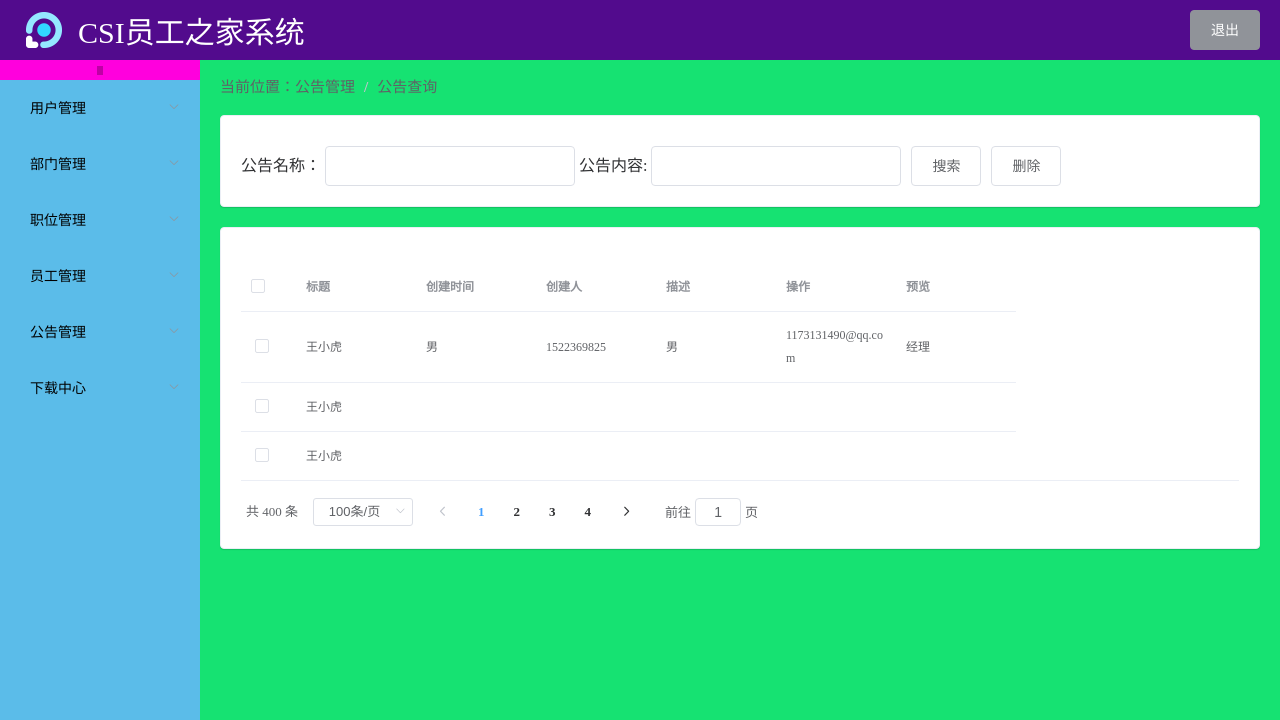
Repository: YUNjwyao/vue_hrm
Page: /#/document
An editor plug-in stored every save of this project. The page is shown before and after the next save, followed by the edit.
The browser window is 1280 px wide. The pictures show the whole page.
The project was rebuilt for these pictures with package versions that can differ from the ones it lists, and the page was loaded fresh each time. Also part of the build but not shown: src/components/Login.vue, src/components/Face/Face.vue, src/components/Employee/EmployeeQuery.vue, src/components/Employee/ShowAddEmployee.vue, src/components/Employee/ShowUpdateEmployee.vue, src/components/Notice/Notice.vue, src/components/Notice/ShowUpdateNotice.vue, src/components/Notice/ShowAddNotice.vue and 2 more.

Above is the page before, as saved 2020-10-16 10:59:41.

### src/main.js
import Vue from 'vue'
import App from './App.vue'
import router from './router'
import store from './store'
import './plugins/element.js'
import './assets/css/global.css'

// import axios from 'axios'
// // 配置请求的根路径
// axios.defaults.baseURL = 'http://127.0.0.1:8888/api/private/v1/'
// // 通过axios 请求拦截器添加token,保证拥有获取数据的权限
// axios.interceptors.request.use (config => {
//   //为请求头对象，添加Token验证的Authorization字段
//   config.headers.Authorization = window.sessionStorage.getItem('token')
//   return config
// })
// Vue.prototype.$http = axios

Vue.config.productionTip = false

new Vue({
  router,
  store,
  render: h => h(App)
}).$mount('#app')

### src/App.vue
<template>
  <div id="app">
     <!-- 路由占位符 -->
     <router-view></router-view>
  </div>
</template>

<script>

export default {

}
</script>

<style lang="less" scoped>

</style>

### src/router/index.js
import Vue from "vue";
import VueRouter from "vue-router";
import Login from "../components/Login.vue"
import Face from "../components/Face/Face.vue"
import Home from "../components/Home.vue"

import EmployeeQuery from "../components/Employee/EmployeeQuery.vue";
import ShowAddEmployee from "../components/Employee/ShowAddEmployee.vue";
import ShowUpdateEmployee from "../components/Employee/ShowUpdateEmployee.vue";
import Notice from "../components/Notice/Notice.vue";
import UpdateNotice from "../components/Notice/ShowUpdateNotice.vue";
import AddNotice from "../components/Notice/ShowAddNotice.vue";
import Document from "../components/Document/Document.vue";
import UpdateDocument from "../components/Document/ShowUpdateDocument.vue";
import AddDocument from "../components/Document/ShowAddDocument.vue";

Vue.use(VueRouter);

const routes = [
  { path: "/", redirect: "/login" },
  {
    path: '/login',component: Login
  },
  {
    path: '/home',
    component: Home,
    children: [
  {
    path: '/face',component: Face
  },
  {
    path: "/employee",
    component: EmployeeQuery,
  },
  {
    path: "/addEmployee",
    component: ShowAddEmployee,
  },
  {
    path: "/updateEmployee",
    component: ShowUpdateEmployee,
  },
  {
    path: "/notice",
    component: Notice,
  },
  {
    path: "/updateNotice",
    component: UpdateNotice,
  },
  {
    path: "/addNotice",
    component: AddNotice,
  },
  {
    path: "/document",
    component: Document,
  },
  {
    path: "/updateDocument",
    component: UpdateDocument,
  },
  {
    path: "/addDocument",
    component: AddDocument,
  }]
  }
];

const router = new VueRouter({
  routes,
});

export default router;

### src/plugins/element.js
import Vue from 'vue'
import {
    Button,
    Breadcrumb,
    BreadcrumbItem,
    Card,
    Select,
    Option,
    Input,
    Row,
    Table,
    TableColumn,
    Pagination,
    Form,
    FormItem,
    Container,
    Header,
    Aside,
    Menu,
    Submenu,
    MenuItem,
    Main
} from 'element-ui'


Vue.use(Button)
Vue.use(Breadcrumb)
Vue.use(BreadcrumbItem)
Vue.use(Card)
Vue.use(Select)
Vue.use(Option)
Vue.use(Input)
Vue.use(Row)
Vue.use(Table)
Vue.use(TableColumn)
Vue.use(Pagination)
Vue.use(Form)
Vue.use(FormItem)
Vue.use(Container)
Vue.use(Header)
Vue.use(Aside)
Vue.use(Menu)
Vue.use(Submenu)
Vue.use(MenuItem)
Vue.use(Main)

### src/assets/css/global.css
/* 全局样式表 */
html,
body,
#app {
    height: 100%;
    margin: 0;
    padding: 0;
}
.el-breadcrumb {
    margin-bottom: 15px;
    font-size: 15px;
}
.el-card {
    box-shadow: 0 1px 1px rgba(0, 0, 0, 0.15) !important;
}
.el-table {
    margin-bottom: 15px;
    font-size: 12px;
    margin-top: 15px;
}
.el-steps {
    margin: 15px 0;
}
.el-step__title {
    font-size: 13px;
}
.el-cascader-panel {
    height: 200px
}
.ql-editor {
    min-height: 300px;
 }

### src/components/Home.vue
<template>
 <!-- 整个页面区域 -->
  <el-container>
      <!-- 页面标题 -->
  <el-header>
      <div>
          <img src="../assets/images/icon.png" alt="">
          <span>CSI员工之家系统</span>
      </div>
      <el-button type="info" @click="logout">退出</el-button>
  </el-header>
  <!-- 页面主体部分 -->
  <el-container>
    <el-aside :width="isCollapse? '64px' : '200px'">
        <div class="collapse" @click="toggleCollapse">|||</div>
        <!-- 侧边栏菜单区域 -->
       <el-menu
      background-color="rgb(91, 188, 233)"
      text-color="#000"
      active-text-color="#409bff"
      :unique-opened="true"
      :collapse="isCollapse"
      :collapse-transition="false"
      router
      :default-active="activePath">
      <!-- 一级菜单 -->
      <el-submenu :index="item.id+''" v-for="item in menulist" :key="item.id">
          <!-- 一级菜单模板区域 -->
        <template slot="title">
            <!-- 图标 -->
          <i :class="iconsObj[item.id]"></i>
             <!-- 文本 -->
          <span>{{ item.authName }}</span>
        </template>
        <!-- 二级菜单 -->
        <el-menu-item
        :index="'/'+subItem.path"
        v-for="subItem in item.children"
        :key='subItem.id'
        @click="savNavState('/'+subItem.path)">
            <template slot="title">
            <!-- 图标 -->
          <i class="el-icon-menu"></i>
             <!-- 文本 -->
          <span>{{ subItem.authName }}</span>
        </template>
        </el-menu-item>
      </el-submenu>
    </el-menu>
    </el-aside>
    <el-main>
        <router-view></router-view>
    </el-main>
  </el-container>
</el-container>

</template>

<script>
export default {
    data () {
        return {
            // 左侧菜单数据
            menulist: [
                {
            "id": 101,
            "authName": "用户管理",
            "path": '/home',
            "children": [
                {
                    "id": 104,
                    "authName": "用户查询",
                    "path": '',
                    "children": []
                },
                {
                    "id": 104,
                    "authName": "添加用户",
                    "path": '',
                    "children": []
                }
            ]
        },
         {
            "id": 101,
            "authName": "部门管理",
            "path": null,
            "children": [
                {
                    "id": 104,
                    "authName": "部门查询",
                    "path": null,
                    "children": []
                },
                {
                    "id": 104,
                    "authName": "添加部门",
                    "path": null,
                    "children": []
                }
            ]
        },
         {
            "id": 101,
            "authName": "职位管理",
            "path": null,
            "children": [
                {
                    "id": 104,
                    "authName": "职位查询",
                    "path": null,
                    "children": []
                },
                {
                    "id": 104,
                    "authName": "添加职位",
                    "path": null,
                    "children": []
                }
            ]
         },
          {
            "id": 101,
            "authName": "员工管理",
            "path": '/home',
            "children": [
                {
                    "id": 104,
                    "authName": "员工查询",
                    "path": 'employee',
                    "children": []
                },
                {
                    "id": 104,
                    "authName": "添加员工",
                    "path": 'addEmployee',
                    "children": []
                }
            ]
        },
         {
            "id": 101,
            "authName": "公告管理",
            "path": '/home',
            "children": [
                {
                    "id": 104,
                    "authName": "公告查询",
                    "path": 'notice',
                    "children": []
                },
                {
                    "id": 104,
                    "authName": "添加公告",
                    "path": 'addNotice',
                    "children": []
                }
            ]
        },
         {
            "id": 101,
            "authName": "下载中心",
            "path": '/home',
            "children": [
                {
                    "id": 104,
                    "authName": "文档查询",
                    "path": 'document',
                    "children": []
                },
                {
                    "id": 104,
                    "authName": "上传文档",
                    "path": 'addDocument',
                    "children": []
                }
            ]
        }
            ],
            // 自定义字体图标
            iconsObj: {
                '125': 'iconfont icon-user',
                '103': 'iconfont icon-tijikongjian',
                '101': 'iconfont icon-shangpin',
                '102': 'iconfont icon-danju',
                '145': 'iconfont baobiao'
            },
            // 是否折叠
            isCollapse: false,
            // 被激活的链接
            activePath: ''
        }
    },
    created () {
       this.getMenuList();
       this.activePath = window.sessionStorage.getItem('activePath');
    },
    methods: {
        // 自定义方法
        logout () {
            // 清空token
            window.sessionStorage.clear();
            // 编程式导航重定向
            this.$router.push('/login');
        },
       // 点击按钮折叠菜单栏
       toggleCollapse () {
         this.isCollapse = ! this.isCollapse;
       },
       //保存导航链接的激活状态
       savNavState (activePath) {
          window.sessionStorage.setItem('activePath',activePath);
          this.activePath = activePath;
       }
    }
}
</script>

<style lang="less" scoped>
.el-container {
    height: 100%;
}
.el-header {
    background-color: rgb(82, 11, 141);
    display: flex;
    justify-content: space-between;
    align-items: center;
    > div {
        display: flex;
        align-items: center;
        color: #fff;
        font-size: 30px;
        span {
            padding-left: 10px;
        }
    }
}
.el-aside {
    background-color: rgb(91, 188, 233);
    .el-menu {
        border-right: 0;
    }
}
.el-main {
    background-color: rgb(22, 226, 114);
}
.iconfont {
    margin-right: 10px;
}
.collapse {
    height: 20px;
    background-color: rgb(255, 0, 221);
    text-align: center;
    line-height: 20px;
    font-size: 10px;
}
</style>

### src/components/Document/Document.vue
<template>
  <div class="employee">
    <!-- 面包屑导航 -->
    <el-breadcrumb separator="/">
      <el-breadcrumb-item>当前位置：公告管理</el-breadcrumb-item>
      <el-breadcrumb-item><a href="/">公告查询</a></el-breadcrumb-item>
    </el-breadcrumb>
    <!-- 查询输入框 -->
    <el-card>

      <el-row>
        公告名称：
		<el-input></el-input>
		公告内容:
		<el-input></el-input>
        <el-button>搜索</el-button>
        <el-button>删除</el-button>
      </el-row>
    </el-card>
    <!-- Table表格 -->
    <el-card>
      <el-table
        ref="multipleTable"
        :data="tableData"
        tooltip-effect="dark"
        style="width: 100%"
        @selection-change="handleSelectionChange"
      >
        <el-table-column type="selection" width="55"> </el-table-column>
        <el-table-column prop="name" label="标题" width="120">
          <template slot-scope="scope">{{ scope.row.name }}</template>
        </el-table-column>
        <el-table-column prop="sex" label="创建时间" width="120"> </el-table-column>
        <el-table-column prop="phone" label="创建人" width="120">
        </el-table-column>
        <el-table-column prop="sex" label="描述" width="120"> </el-table-column>
        <el-table-column prop="email" label="操作" width="120">
        </el-table-column>
        <el-table-column prop="job" label="预览" width="120"> </el-table-column>
      </el-table>
      <!-- 分页 -->
      <el-pagination
        @size-change="handleSizeChange"
        @current-change="handleCurrentChange"
        :current-page="currentPage4"
        :page-sizes="[100, 200, 300, 400]"
        :page-size="100"
        layout="total, sizes, prev, pager, next, jumper"
        :total="400"
      >
      </el-pagination>
    </el-card>
  </div>
</template>

<script>
export default {
  data() {
    return {
      options: [
        {
          value: "选项1",
          label: "经理",
        },
        {
          value: "选项2",
          label: "职员",
        },
      ],
      optionsSex: [
        {
          value: "选项1",
          label: "男",
        },
        {
          value: "选项2",
          label: "女",
        },
      ],
      optionsDoor: [
        {
          value: "选项1",
          label: "技术部",
        },
        {
          value: "选项2",
          label: "运营部",
        },
      ],
      tableData: [
        {
          name: "王小虎",
          sex: "男",
          phone: "1522369825",
          email: "1173131490@qq.com",
          job: "经理",
          education: "本科",
          IdNumber: "500213213123",
          door: "技术部",
          address: "上海市普陀区金沙江路 1518 弄",
          date: "2016-12-03",
        },
        {
          date: "2016-05-02",
          name: "王小虎",
          address: "上海市普陀区金沙江路 1518 弄",
        },
        {
          date: "2016-05-04",
          name: "王小虎",
          address: "上海市普陀区金沙江路 1518 弄",
        },
      ],
      multipleSelection: [],
    };
  },
  methods: {
    toggleSelection(rows) {
      if (rows) {
        rows.forEach((row) => {
          this.$refs.multipleTable.toggleRowSelection(row);
        });
      } else {
        this.$refs.multipleTable.clearSelection();
      }
    },
    handleSelectionChange(val) {
      this.multipleSelection = val;
    },
  },
};
</script>

<style lang="less" scoped>
.el-card {
  margin-top: 20px;
}
.el-input {
  width: 250px;
}
.el-row {
  margin-top: 10px;
}
.el-button {
  margin-left: 10px;
}
</style>

Loaded but not shown: public/index.html (common file); src/store/index.js (common file)

After the next save:
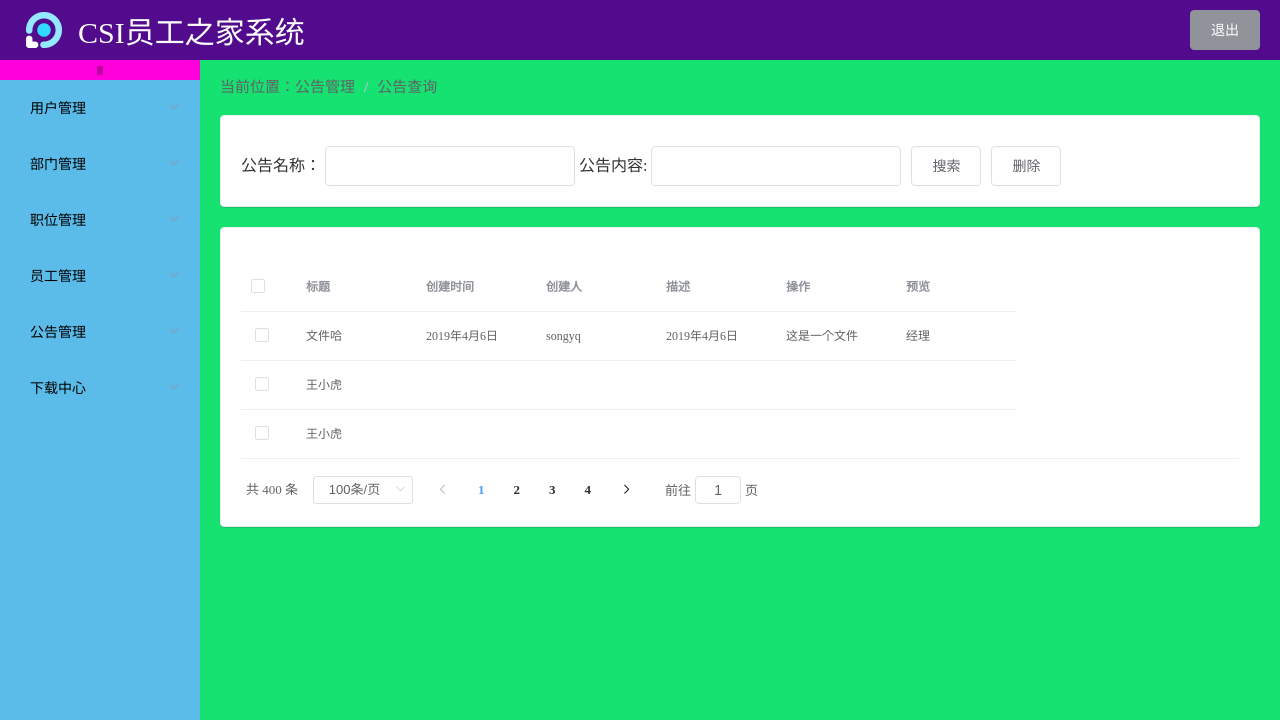
Saved 108 s later.
--- a/src/components/Document/Document.vue
+++ b/src/components/Document/Document.vue
@@ -89,10 +89,10 @@ export default {
       ],
       tableData: [
         {
-          name: "王小虎",
-          sex: "男",
-          phone: "1522369825",
-          email: "1173131490@qq.com",
+          name: "文件哈",
+          sex: "2019年4月6日",
+          phone: "songyq",
+          email: "这是一个文件",
           job: "经理",
           education: "本科",
           IdNumber: "500213213123",
